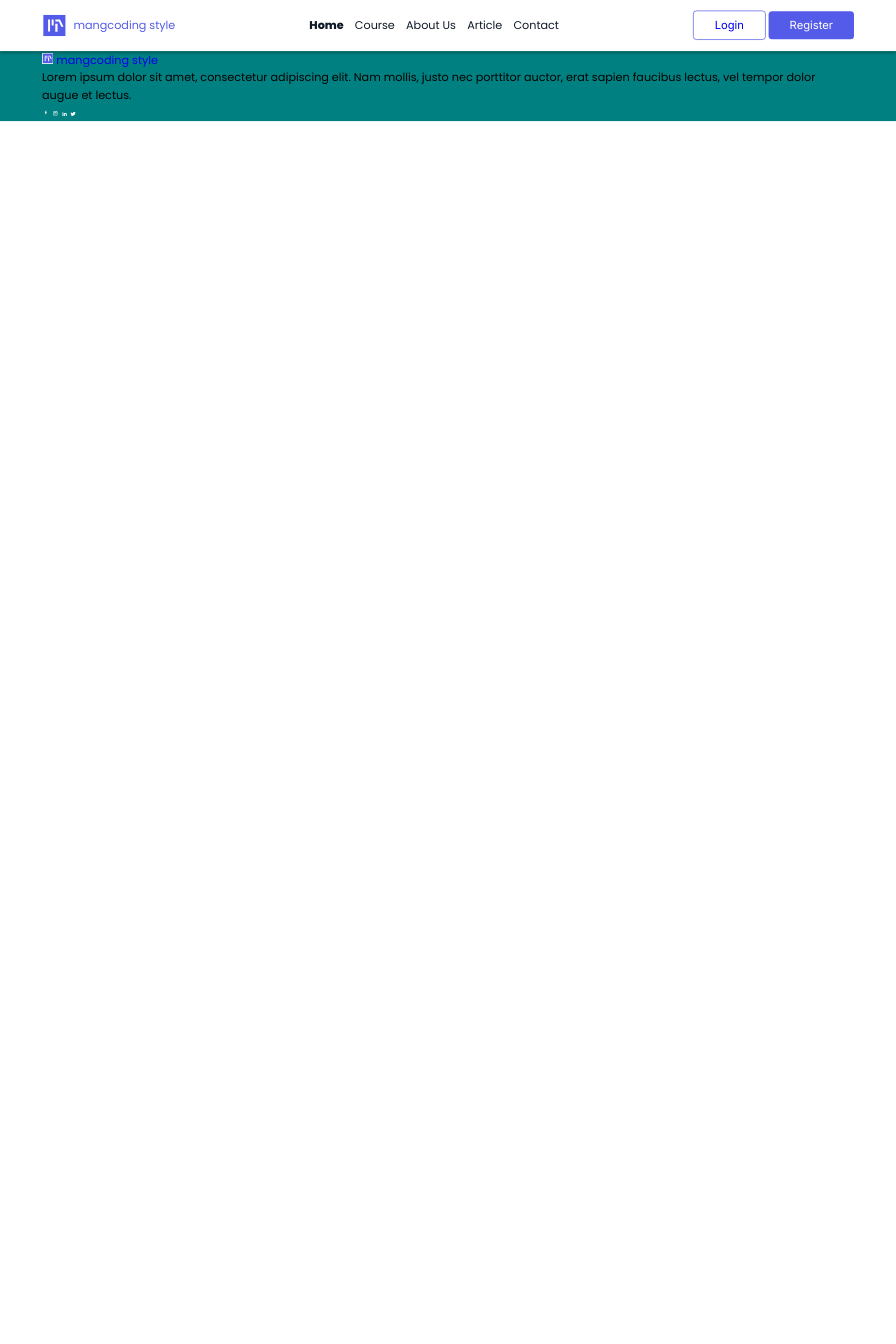
Repository: Dania-Alqam/landing-page
Page: index.html
An editor plug-in stored every save of this project. The page is shown before and after a run of saves, followed by the edit.
The browser window is 1280 px wide. The pictures show the part of the page from y = 0 to 1920 px (the page is 5000 px tall), at 70% of full size.

Above is the page before, as saved 2024-06-21 23:37:10.

### index.html
<!DOCTYPE html>
<html lang="en">
  <head>
    <meta charset="UTF-8" />
    <meta name="viewport" content="width=device-width, initial-scale=1.0" />
    <title>Document</title>
    <link rel="stylesheet" href="./assests/css/main.css" />
  </head>
  <body>
    <header class="header">
      <div class="container">
        <div class="row">
          <div class="logo">
            <img src="./assests/images/public/Logo.svg" alt="logo" />
            <a href="#">mangcoding style</a>
          </div>
          <nav class="nav">
            <ul>
              <li>
                <a href="#" class="active">Home</a>
              </li>
              <li>
                <a href="#">Course</a>
              </li>
              <li>
                <a href="#">About Us</a>
              </li>
              <li>
                <a href="#">Article</a>
              </li>
              <li>
                <a href="#">Contact</a>
              </li>
            </ul>
          </nav>
          <div class="auth">
            <a href="#">Login</a>
            <a href="#">Register</a>
          </div>
        </div>
      </div>
    </header>

    <footer class="footer">
      <div class="container">
        <div class="row">
          <div class="footer-start">
            <div class="logo">
              <img src="./assests/images/public/Logo.svg" alt="logo" />
              <a href="#">mangcoding style</a>
            </div>
            <p>
              Lorem ipsum dolor sit amet, consectetur adipiscing elit. Nam
              mollis, justo nec porttitor auctor, erat sapien faucibus lectus,
              vel tempor dolor augue et lectus.
            </p>
            <div class="icons">
              <a href="#"><img src="./assests/images/public/facebok.svg" /></a>
              <a href="#"
                ><img src="./assests/images/public/instagram.svg"
              /></a>
              <a href="#"><img src="./assests/images/public/linkedin.svg" /></a>
              <a href="#"><img src="./assests/images/public/twitter.svg" /></a>
            </div>
          </div>
          <div class="footer-end">
            <div class="row">
              <div class="footer-item">
                <h2>

                </h2>
              </div>
              <div class="footer-item"></div>
              <div class="footer-item"></div>
              <div class="footer-item"></div>
            </div>
          </div>
        </div>
      </div>
    </footer>
  </body>
</html>

### assests/css/main.css
@import url(./public.css);
.header{
    /* it will not work becuase we added contianer so we add row*/
    /* display: flex; */
    position: sticky;
    top: 0;
    box-shadow: 0px 4px 4px rgba(0, 0, 0, 0.25);
    padding: 20px 0 ;
}

.nav ul{
    display: flex;
    flex-wrap: wrap;
    gap: 16px;
}
.header .logo{
    display: flex;
    flex-wrap: wrap;
    align-items: center;
    gap: 10px;
}
.header .logo img{
    width: 35px;
}

.header .logo a{
color: var(--mainColor);
}

.header .nav a{
    color: #101928;
}

.header .nav a:hover{
    color: var(--mainColor);
}
/* For the home bold*/
.active{
font-weight: 800;
}
/* common properities*/
.header .auth a{
    font-family: var(--subFont);
    padding: 10px 30px;
    border-radius: 5px;

}
.header .auth a:first-of-type{
    border: 1px solid var(--mainColor);
}
.header .auth a:last-of-type{
    background-color: var(--mainColor);
    color: white;
}
@media (max-width:900px) {
    .header .nav{
        display: none;
    }
}
.footer{
    background-color: teal;
}

### assests/css/public.css
@import url('https://fonts.googleapis.com/css2?family=Poppins:ital,wght@0,100;0,200;0,300;0,400;0,500;0,600;0,700;0,800;0,900;1,100;1,200;1,300;1,400;1,500;1,600;1,700;1,800;1,900&display=swap');
@import url('https://fonts.googleapis.com/css2?family=Inter:wght@100..900&display=swap');

*{
    margin: 0;
    padding: 0;
    box-sizing: border-box;
}
:root{
    --mainFont: "Poppins", sans-serif;
    --subFont:  "Inter", sans-serif;
    --mainColor: #545BE8;

}
body{
    font-family: var(--mainFont);
    height: 5000px;
}
a{
    text-decoration: none;
}
ul{
    list-style: none;
}
.row{
    display: flex;
    justify-content: space-between;
    align-items: center;
    flex-wrap: wrap;

}

.container{
    /* width from fugma is 60px from each side*/
    width: calc(100% - 120px);
    margin: auto;
}

After the next 2 saves:
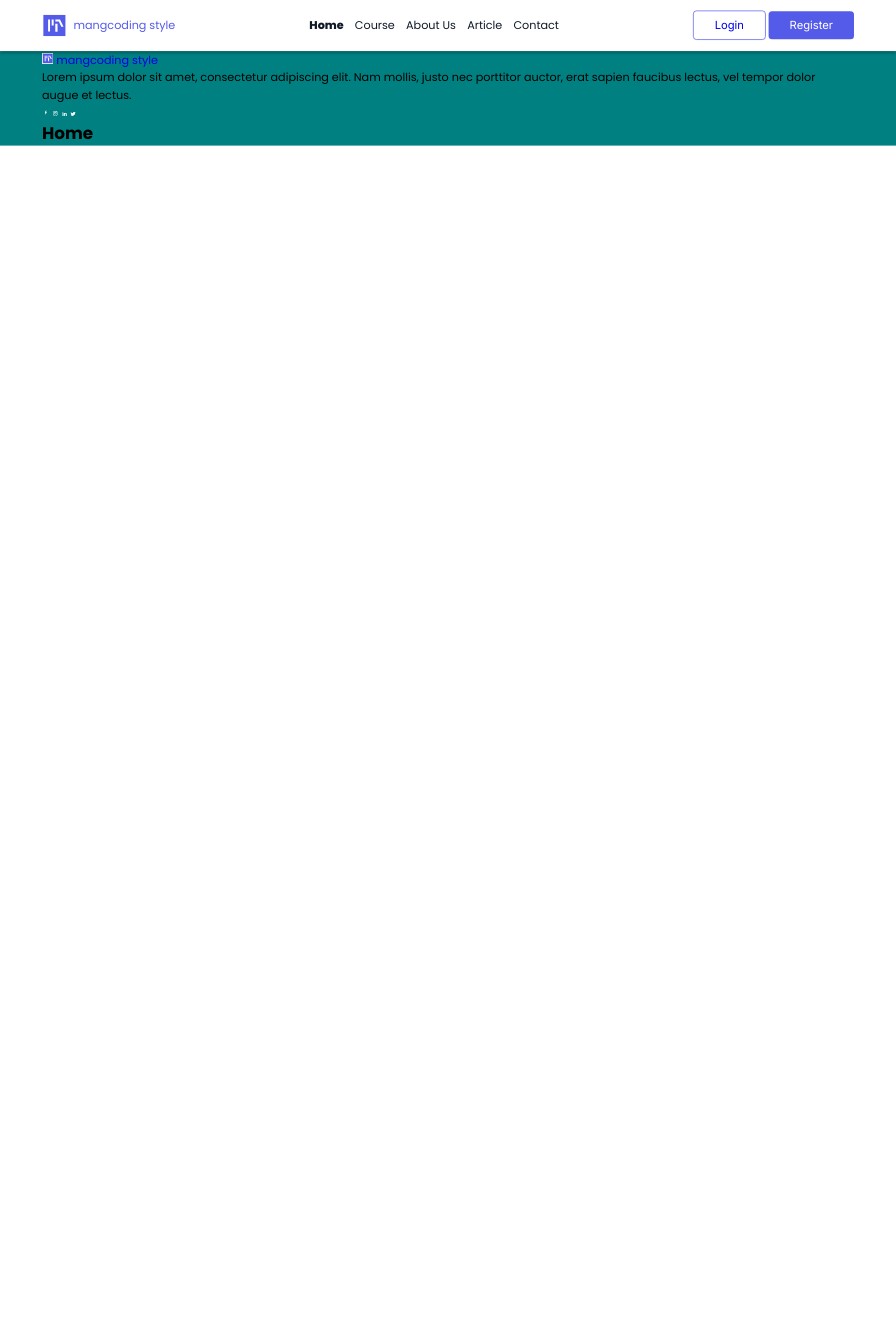
The 2 saves are shown as one change because they came seconds apart.
The last was saved 9 s later.
--- a/index.html
+++ b/index.html
@@ -67,8 +67,9 @@
             <div class="row">
               <div class="footer-item">
                 <h2>
+                    Home
+                </h2>
 
-                </h2>
               </div>
               <div class="footer-item"></div>
               <div class="footer-item"></div>
